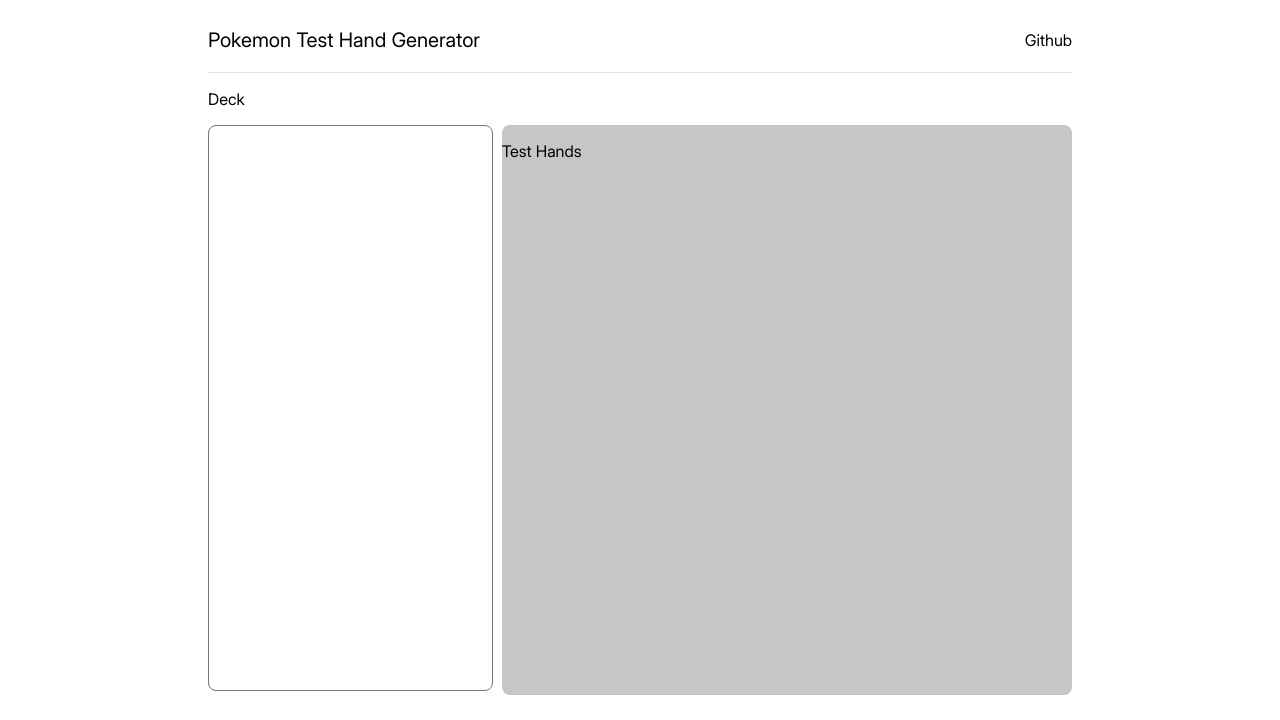
Repository: danielj1415/test-hand-simulator
Page: /
These files come from the project's save history. The page is drawn as it stood at one moment and after the next save; the edit follows.
The browser window is 1280 px wide. The pictures show the whole page.
The project was rebuilt for these pictures with package versions that can differ from the ones it lists, and the page was loaded fresh each time. Also part of the build but not shown: vite.config.ts, src/index.css.

Above is the page before, as saved 2024-10-30 18:14:13.

After the next save:
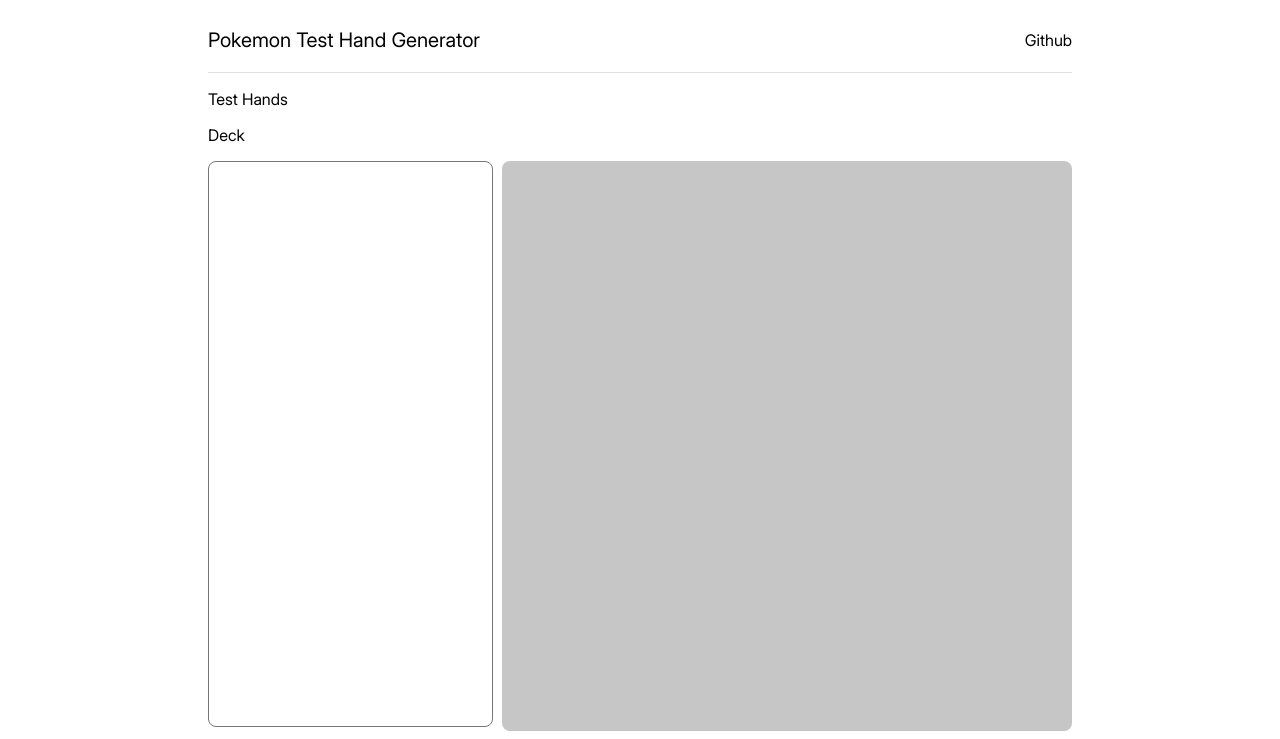
Saved 14 s later.
--- a/src/App.tsx
+++ b/src/App.tsx
@@ -31,6 +31,7 @@
           <p className = "headerText">Github</p>
         </div>
         <div className = "divider"/>
+        <p className = "mainText">Test Hands</p>
         <p className = "mainText">Deck</p>
         <div className = "mainBody">
           <div className = "inputDeck">
@@ -42,7 +43,6 @@
             </form>
           </div>
           <div className = "testHands">
-            <p className = "mainText">Test Hands</p>
           </div>
         </div>
       </div>

After the save that followed:
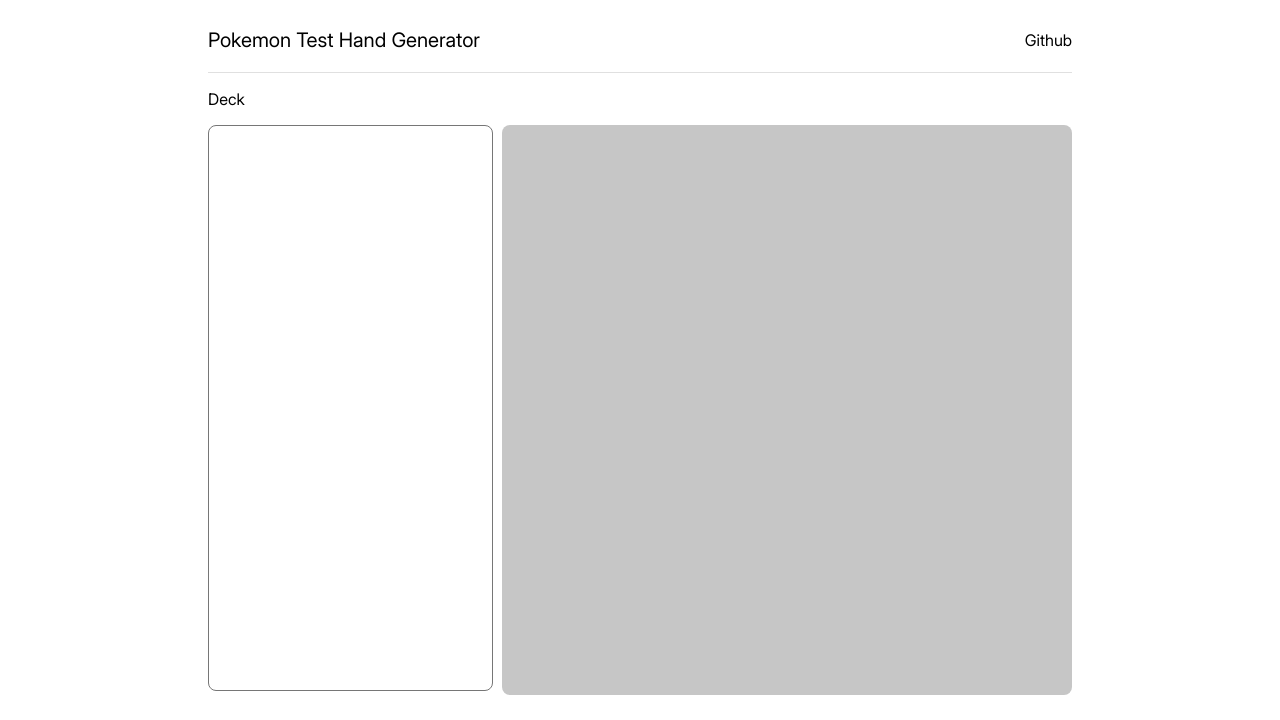
Saved 9 s later.
--- a/src/App.tsx
+++ b/src/App.tsx
@@ -31,7 +31,6 @@
           <p className = "headerText">Github</p>
         </div>
         <div className = "divider"/>
-        <p className = "mainText">Test Hands</p>
         <p className = "mainText">Deck</p>
         <div className = "mainBody">
           <div className = "inputDeck">
